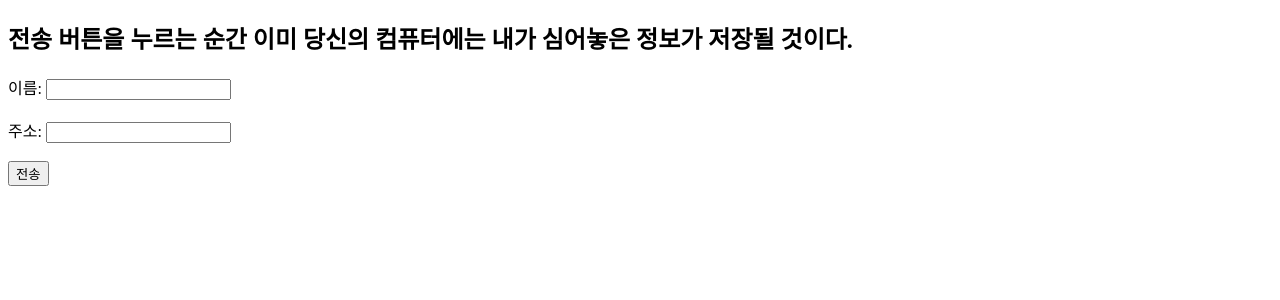
Repository: Yuram-Park/acorn_study
Page: ServletTest3/src/main/webapp/cookie.html
The author's editor kept a copy of each file at every save. The page is drawn from the files as they stood at one save, then again after the next save.
The browser window is 1280 px wide. The pictures show the whole page.

Above is the page before, as saved 2023-09-15 06:10:12.

After the next save:
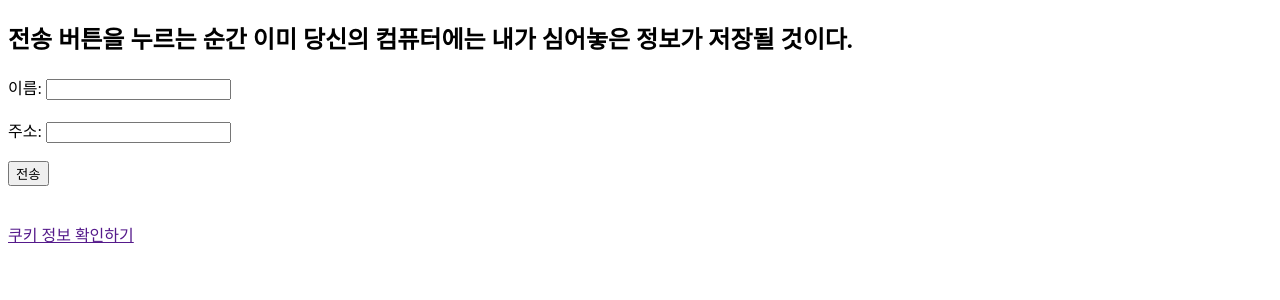
Saved 6 min 39 s later.
--- a/ServletTest3/src/main/webapp/cookie.html
+++ b/ServletTest3/src/main/webapp/cookie.html
@@ -12,5 +12,7 @@
 		주소: <input type="text" name="addr"/><br><br>
 		<input type="submit" value="전송"/>
 	</form>
+	<br><br>
+	<a href="">쿠키 정보 확인하기</a>
 </body>
 </html>
